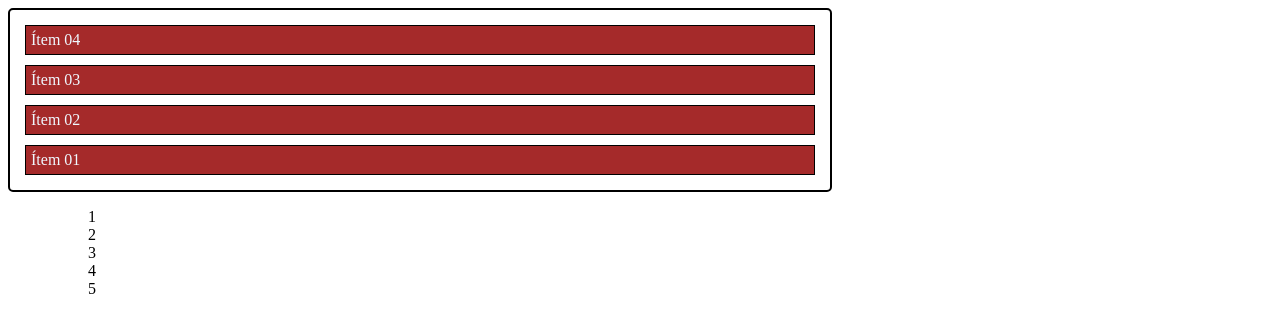
Repository: ozielms/flexbox
Page: outros/flexbox-master/index.html
An editor plug-in stored every save of this project. The page is shown before and after the next save, followed by the edit.
The browser window is 1280 px wide. The pictures show the whole page.

Above is the page before, as saved 2022-04-25 23:29:49.

After the next save:
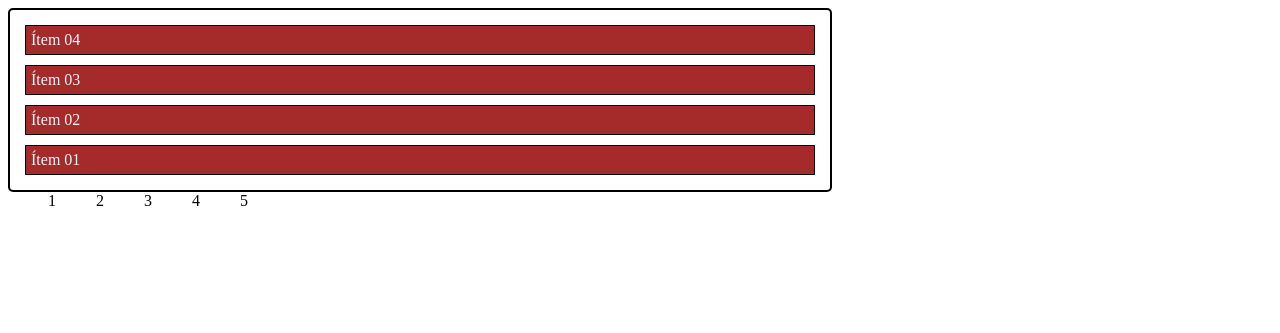
Saved 26 s later.
--- a/outros/flexbox-master/index.html
+++ b/outros/flexbox-master/index.html
@@ -19,7 +19,7 @@
         <div class="filho filho4">Ítem 04</div>
     </div>
 
-    <ul>
+    <ul class="flex-container">
         <ul>1</ul>
         <ul>2</ul>
         <ul>3</ul>
